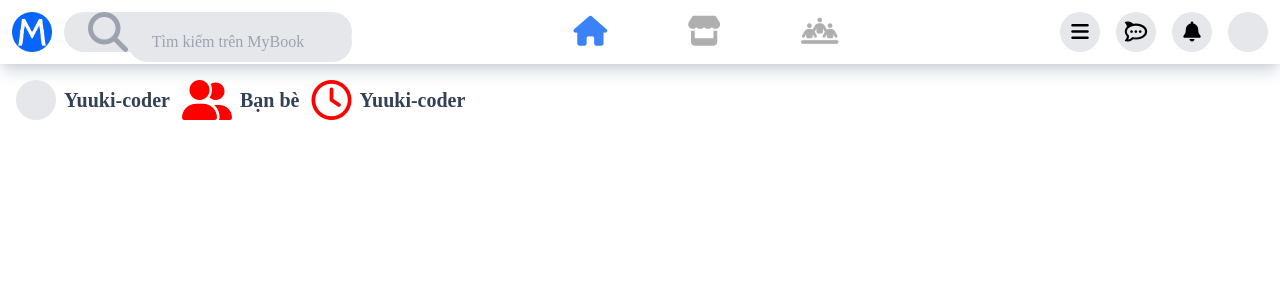
Repository: Yuukicoder/MyBook
Page: / (app in mybook/)
The author's editor kept a copy of each file at every save. The page is drawn from the files as they stood at one save, then again after the next save.
The browser window is 1280 px wide. The pictures show the whole page.
The project was rebuilt for these pictures with package versions that can differ from the ones it lists, and the page was loaded fresh each time.

Above is the page before, as saved 2023-12-13 16:00:18.

### mybook/src/index.js
import React from 'react';
import ReactDOM from 'react-dom/client';
import './index.css';
import App from './App';
import reportWebVitals from './reportWebVitals';

const root = ReactDOM.createRoot(document.getElementById('root'));
root.render(
  <React.StrictMode >
  <App / >
  </React.StrictMode>
);

// If you want to start measuring performance in your app, pass a function
// to log results (for example: reportWebVitals(console.log))
// or send to an analytics endpoint. Learn more: https://bit.ly/CRA-vitals
reportWebVitals();

### mybook/src/index.css
@tailwind base;
@tailwind components;
@tailwind utilities;
  @import url('https://fonts.googleapis.com/css2?family=Arima:wght@100;200;300;400;500;700&display=swap');
*{
  margin: 0;
  padding: 0;
  box-sizing: border-box;
  /* border: 1px solid black; */
  font-family: Arima;
}
body{
  width: 100%;
  height: 100vh;
}

### mybook/src/App.js
import './App.css';
import '@fortawesome/fontawesome-free/css/all.min.css';
import Navbar from './Navbar'
import Option from './Option'
 var App = () =>
(
    <div class="">
        <Navbar/>
        <Option name="Yuuki-coder"/>

    </div>
)

export default App;

### mybook/src/App.css
:root{
  --text-color: rgb(175, 175, 175);
  --bg-icon-color: #e5e7eb;
}
.avatar{
  width: 40px;
  height: 40px;
  background-color: var(--bg-icon-color);
  border-radius: 50%;
  display: flex;
  align-items: center;
  justify-content: center;
}

### mybook/src/Navbar.js
import './Navbar.css'
import '@fortawesome/fontawesome-free/css/all.min.css';

var Navbar = () =>(


    <div class="flex items-center justify-between  w-screen py-3 px-3  shadow-lg shadow-gray-300">
        <div class="flex">

    <div class="Navbar_icon pr-3">
        <img class="w-10 h-10" src='iconMyBook.png' alt=""></img>
    </div>
    <div class="Navbar_search h-10 bg-gray-200 rounded-3xl">
        <label class=" text-center h-full pl-6"for="">
    <i class="fa-solid fa-magnifying-glass text-gray-400" ></i>
        </label>

        <input class="rounded-3xl text-center h-full pr-6 bg-gray-200" type="text" placeholder="Tìm kiếm trên MyBook"></input>
        </div>

    </div>
    <div class="  Navbar_selection">
        <ul class="flex gap-20">
            <li>
            <i class="fa-solid fa-house text-blue-500"></i>
            </li>
            <li>
            <i class="fa-solid fa-store"></i>
            </li>
            <li> <i class="fa-solid fa-people-line"></i></li>
        </ul>
    </div>
    <div class="Navbar_option">
        <ul class="flex gap-4 items-center">
            <li>
            <div class="avatar">

                <i class="fa-solid fa-bars"></i>
            </div>
                </li>
            <li>
            <div class="avatar">

                <i class="fa-brands fa-rocketchat"></i>
            </div>
                </li>
            <li>
            <div class="avatar">

                <i class="fa-solid fa-bell"></i>
            </div>
                </li>
            <li><div class="avatar"></div></li>
        </ul>
    </div>
    </div>
)
export default Navbar;

### mybook/src/Option.js
import './Option.css'
var Option = (x) => (
    <div class="mt-4 ml-4  flex gap-3">

    <div class="flex gap-2 items-center">
        <div class="avatar">
        </div>
        <p class="font-semibold text-xl text-slate-700">{x.name}</p>

    </div>
    <div class="flex gap-2 items-center">
    <i class="fa-solid fa-user-group"></i>
        <p class="font-semibold text-xl text-slate-700">Bạn bè</p>

    </div>
    <div class="flex gap-2 items-center">
    <i class="fa-regular fa-clock"></i>
        <p class="font-semibold text-xl text-slate-700">{x.name}</p>

    </div>

    </div>
)
export default Option

### mybook/src/Navbar.css
:root{
    --text-color: rgb(175, 175, 175);
    --bg-icon-color: #e5e7eb;
  }
  ul i{
  color: var(--text-color);
  font-size: 30px;
  }

  .Navbar_option ul li i{
    color: black;
  font-size: 20px;

  }

### mybook/src/Option.css
h1{
    color: red;
}
 i{
    font-size: 40px;
    color: red;
}

### mybook/tailwind.config.js
/** @type {import('tailwindcss').Config} */
module.exports = {
  content: [
    "./src/**/*.{js,jsx,ts,tsx}",
  ],
  theme: {
    extend: {},
    color:{
      'text-grey':'#9ca9c9'
    }
  },
  plugins: [],
}

Loaded but not shown: mybook/public/index.html (common file); mybook/src/reportWebVitals.js (common file)

After the next save:
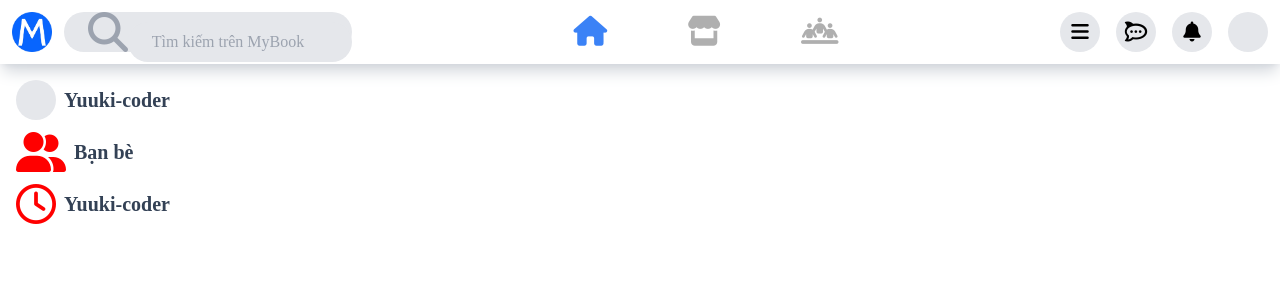
Saved 6 s later.
--- a/mybook/src/Option.js
+++ b/mybook/src/Option.js
@@ -1,6 +1,6 @@
 import './Option.css'
 var Option = (x) => (
-    <div class="mt-4 ml-4  flex gap-3">
+    <div class="mt-4 ml-4  grid gap-3">
 
     <div class="flex gap-2 items-center">
         <div class="avatar">
